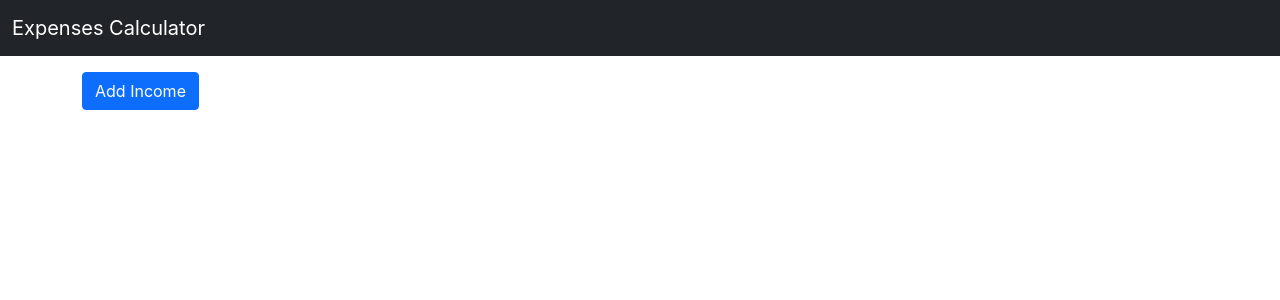
Repository: eidankhan/expenses-calculator
Page: /
These files come from the project's save history. The page is drawn as it stood at one moment and after the next save; the edit follows.
The browser window is 1280 px wide. The pictures show the whole page.
The project was rebuilt for these pictures with package versions that can differ from the ones it lists, and the page was loaded fresh each time.

Above is the page before, as saved 2021-11-29 15:40:50.

After the next save:
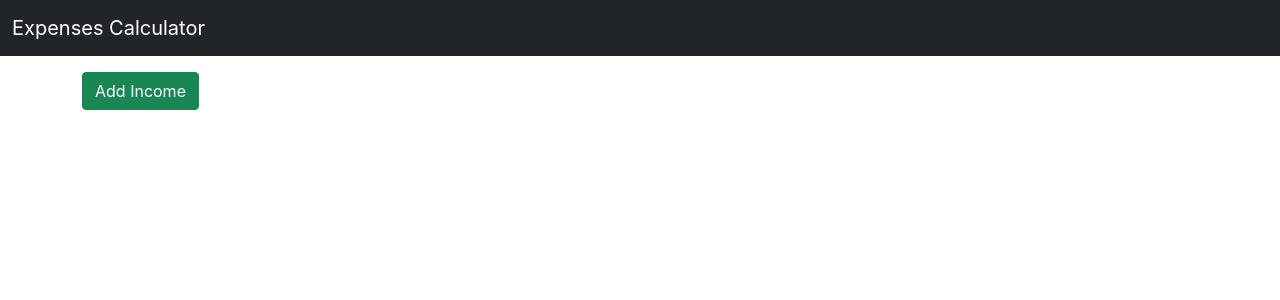
Saved 10 s later.
--- a/src/components/Income.js
+++ b/src/components/Income.js
@@ -5,7 +5,7 @@ export const Income = () => {
     <div>
       <button
         type="button"
-        className="btn btn-primary"
+        className="btn btn-success"
         data-bs-toggle="modal"
         data-bs-target="#exampleModal"
       >
